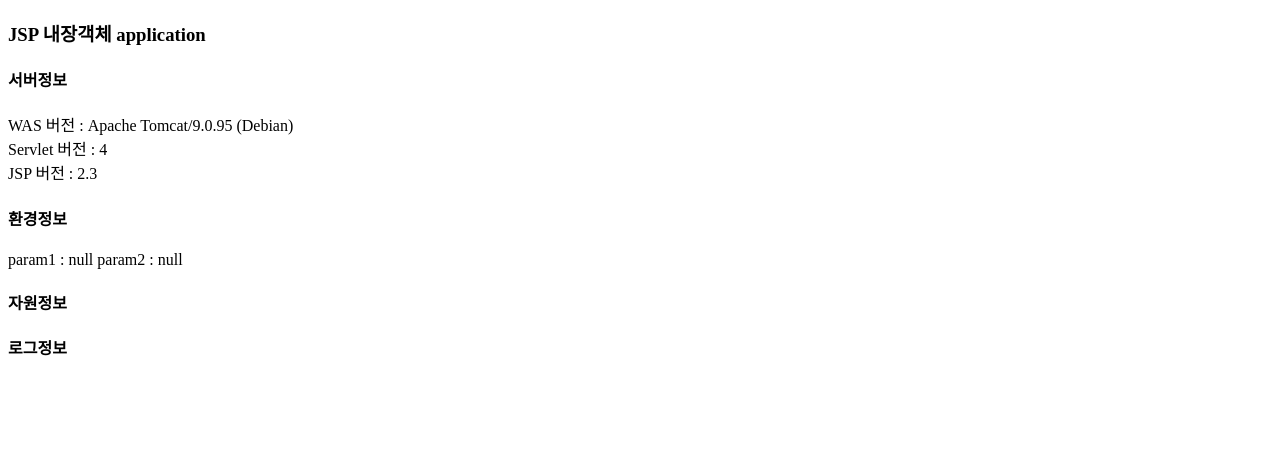
Repository: SangKyuuu/Jsp
Page: http://localhost/ch03/4_application.jsp
An editor plug-in stored every save of this project. The page is shown before and after the next save, followed by the edit.
The browser window is 1280 px wide. The pictures show the whole page.
The page is served by Tomcat 9.

Above is the page before, as saved 2025-07-28 07:20:20.

### ch03/src/main/webapp/4_application.jsp
<%@ page contentType="text/html; charset=UTF-8" pageEncoding="UTF-8"%>
<!DOCTYPE html>
<html>
	<head>
		<meta charset="UTF-8">
		<title>JSP 내장객체 application</title>
		<!--
			25/07/28
			최상규
			JSP 내장객체 application 실습하기
		 -->
	</head>
	<body>
		<h3>JSP 내장객체 application</h3>

		<h4>서버정보</h4>
		<p>
			WAS 버전 : <%= application.getServerInfo() %> <br/>
			Servlet 버전 : <%= application.getMajorVersion() %> <br/>
			JSP 버전 : <%= JspFactory.getDefaultFactory().getEngineInfo().getSpecificationVersion() %><br/>
		</p>
		<h4>환경정보</h4>
		<%
			String p1 = application.getInitParameter("param1");
			String p2 = application.getInitParameter("param2");
		%>

		<p>
			param1 : <%= p1 %>
			param2 : <%= p2 %>
		</p>
		<h4>자원정보</h4>

		<h4>로그정보</h4>
	</body>
</html>

After the next save:
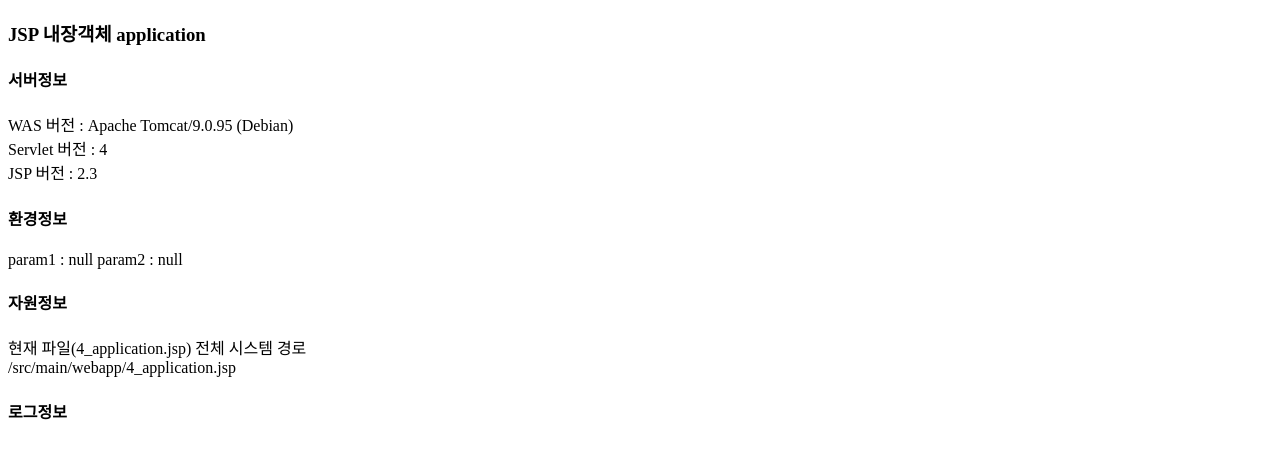
Saved 60 s later.
--- a/ch03/src/main/webapp/4_application.jsp
+++ b/ch03/src/main/webapp/4_application.jsp
@@ -30,7 +30,10 @@
 			param2 : <%= p2 %>
 		</p>
 		<h4>자원정보</h4>
-
+		<p>
+			현재 파일(4_application.jsp) 전체 시스템 경로<br/>
+			<%= application.getRealPath("./4_application.jsp") %>
+		</p>
 		<h4>로그정보</h4>
 	</body>
 </html>
